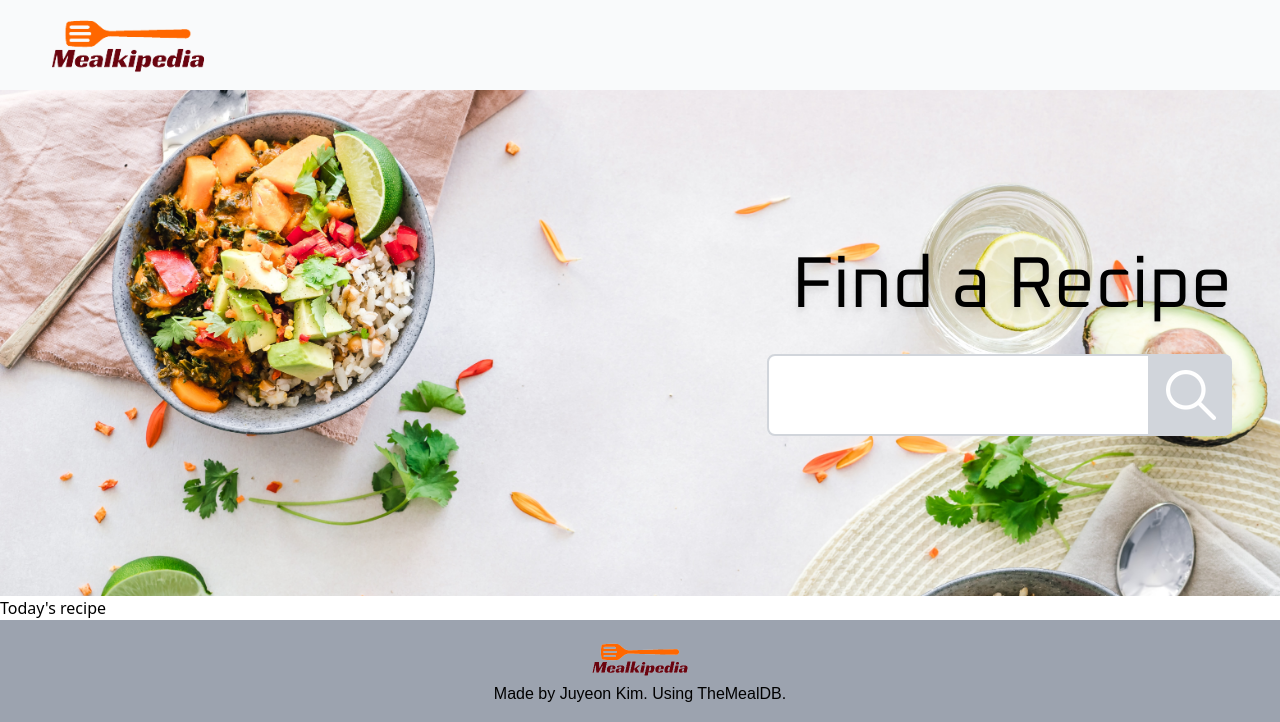
Repository: Jay-JYKim91/grj_mealkipedia
Page: /
The author's editor kept a copy of each file at every save. The page is drawn from the files as they stood at one save, then again after the next save.
The browser window is 1280 px wide. The pictures show the whole page.
Some web fonts or font styles are not loaded; a fallback is used. The project was rebuilt for these pictures with package versions that can differ from the ones it lists, and the page was loaded fresh each time. Also part of the build but not shown: src/component/recipe.tsx. Imported but missing from the stored project, and not drawn on this page: src/component/search.

Above is the page before, as saved 2022-06-21 16:06:39.

After the next save:
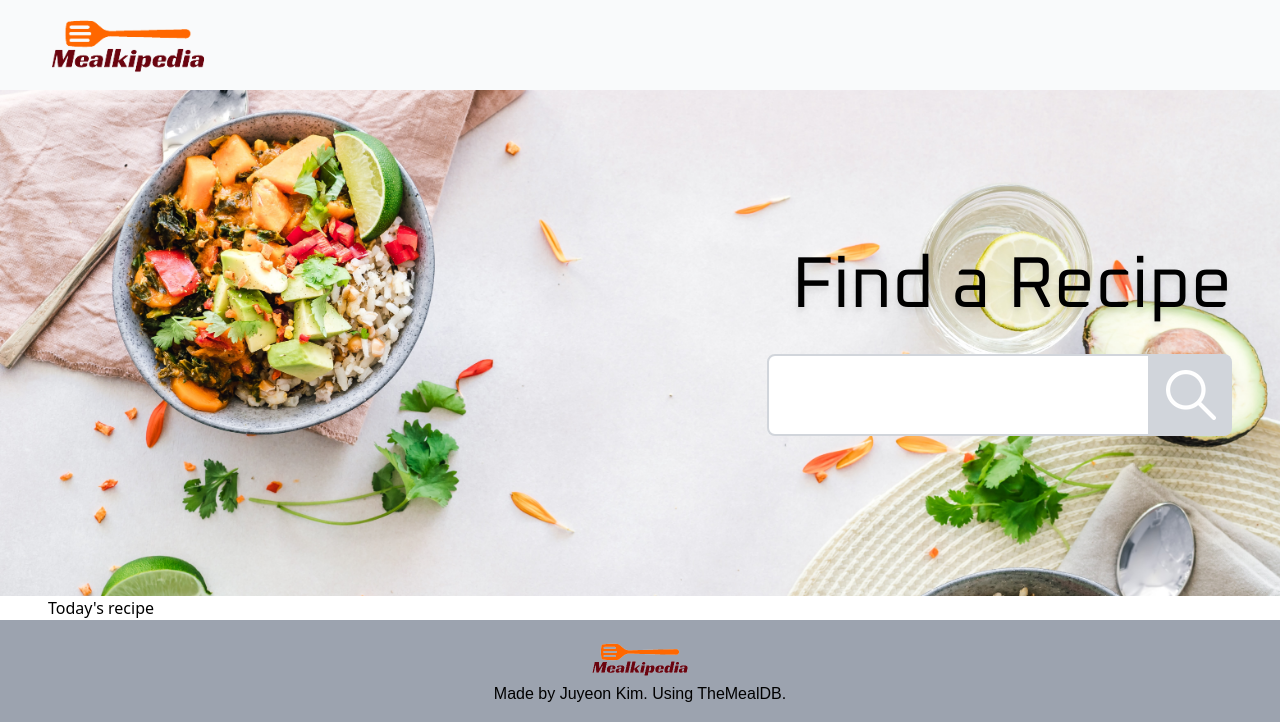
Saved 17 s later.
--- a/src/component/home.tsx
+++ b/src/component/home.tsx
@@ -18,7 +18,7 @@ const Home: React.FC = () => {
                     </button>
                 </div>
             </div>
-            <div>
+            <div className="px-12">
                 <h1>Today's recipe</h1>
             </div>
         </>
